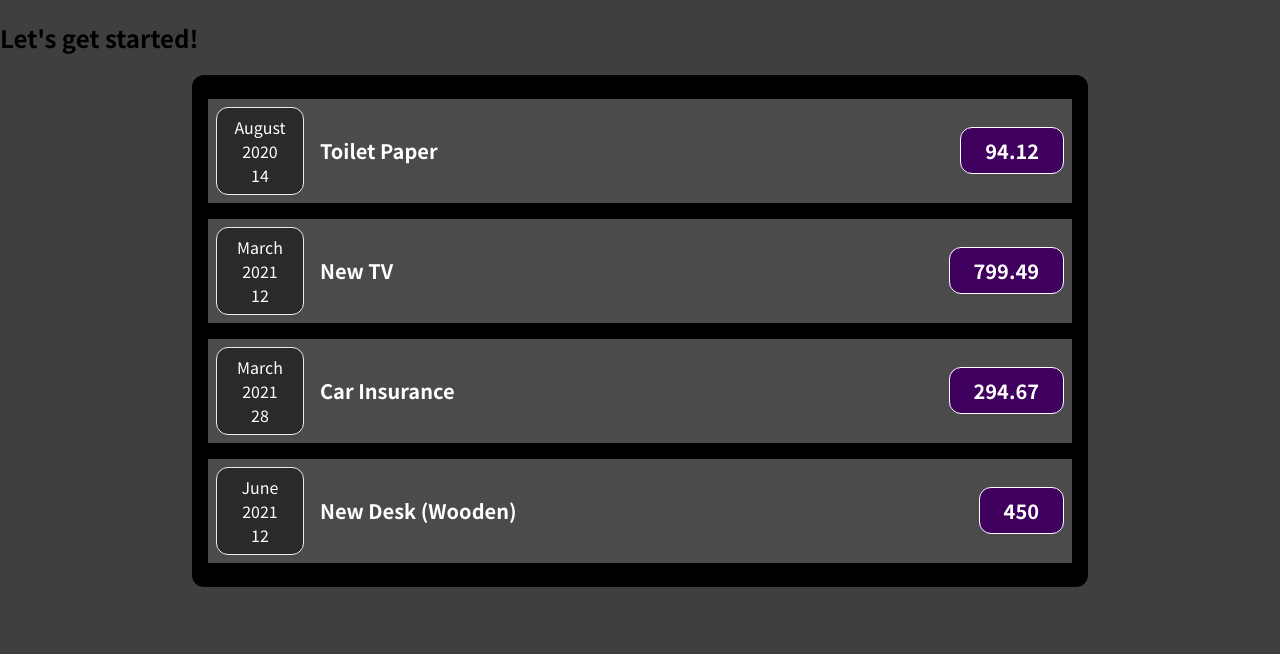
Repository: kowalkos/react-course-first
Page: /
The author's editor kept a copy of each file at every save. The page is drawn from the files as they stood at one save, then again after the next save.
The browser window is 1280 px wide. The pictures show the whole page.
The project was rebuilt for these pictures with package versions that can differ from the ones it lists, and the page was loaded fresh each time.

Above is the page before, as saved 2021-11-27 18:17:58.

After the next save:
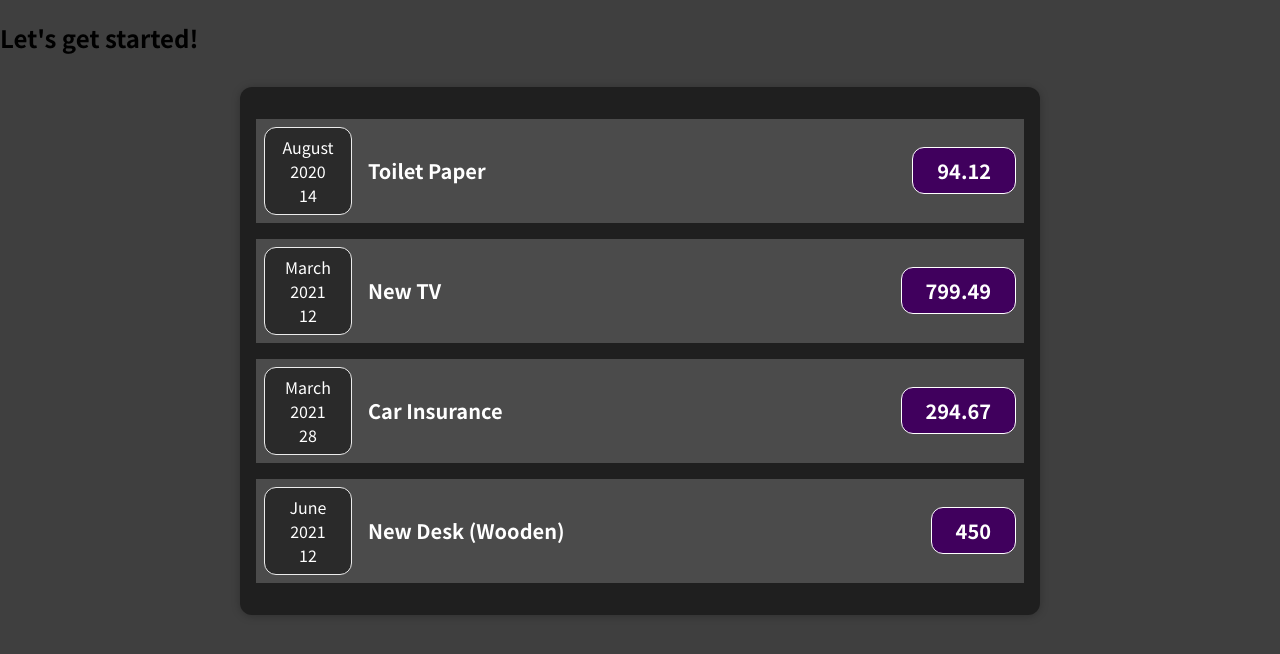
Saved 119 s later.
--- a/src/components/Expenses.css
+++ b/src/components/Expenses.css
@@ -1,7 +1,9 @@
-.expenses{
-    background-color: black;
-    padding: 0.5rem 1rem;
-    border-radius: 12px;
-    margin: auto;
-    width: 70%;
+.expenses {
+  background-color: rgb(31, 31, 31);
+  padding: 1rem;
+  border-radius: 12px;
+  margin: 2rem auto;
+  width: 50rem;
+  max-width: 95%;
+  box-shadow: 0 1px 8px rgba(0, 0, 0, 0.25);
 }
